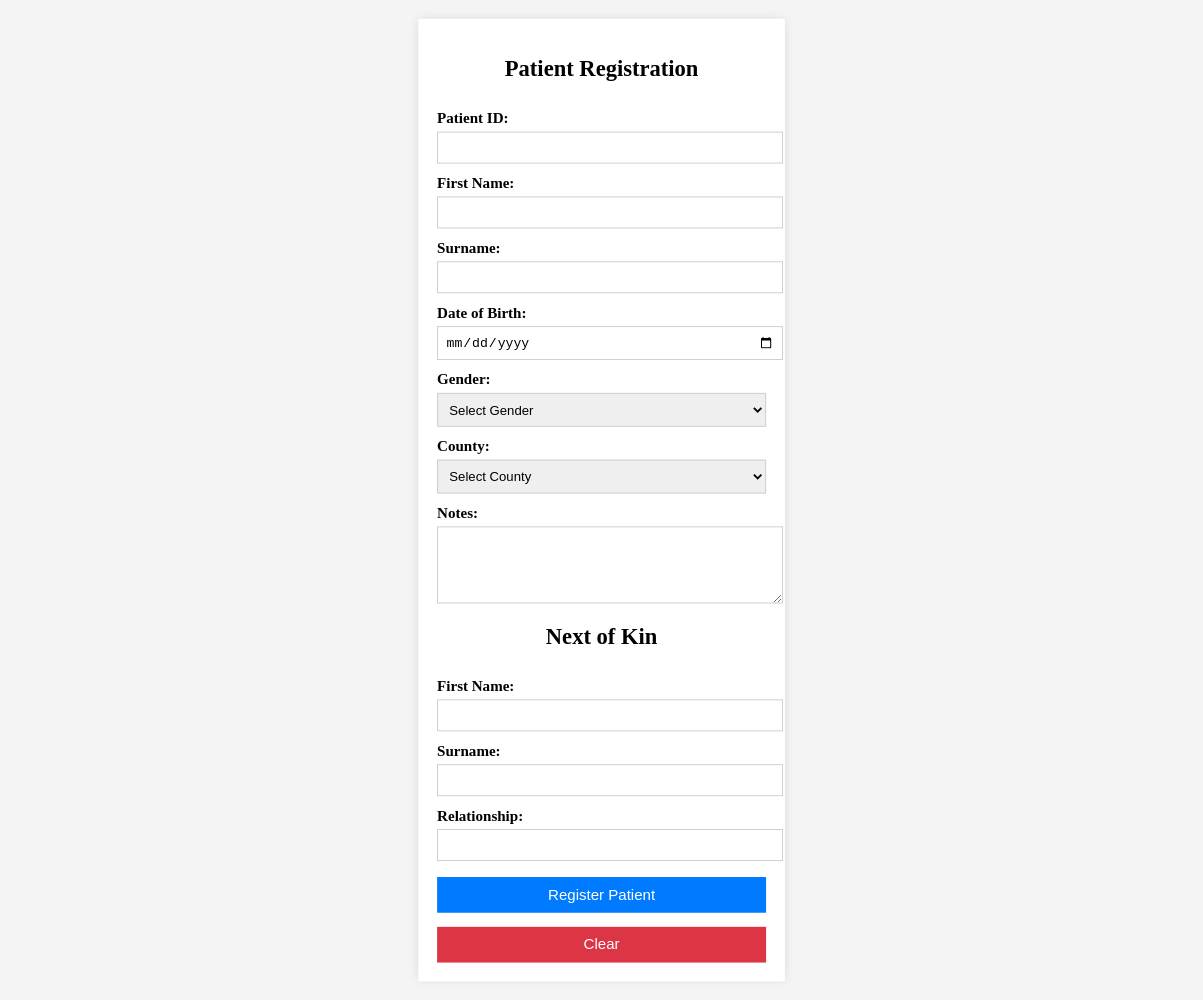
Repository: EphrahimLaanyu123/wsp
Page: Registration.html
An editor plug-in stored every save of this project. The page is shown before and after the next save, followed by the edit.
The browser window is 1280 px wide. The pictures show the whole page, at 94% of full size.

Above is the page before, as saved 2025-03-14 08:34:56.

### Registration.html
<!DOCTYPE html>
<html lang="en">
<head>
    <meta charset="UTF-8">
    <meta name="viewport" content="width=device-width, initial-scale=1.0">
    <title>Patient Registration</title>
    <link rel="stylesheet" href="registration.css">
</head>
<body>

    <section>
        <h1>Patient Registration</h1>
        <form id="registrationForm" action="registration.php" method="post" novalidate>
            <label for="patientId">Patient ID:</label>
            <input type="text" id="patientId" name="patientId" required>
            <span class="error" id="patientIdError"></span>

            <label for="firstName">First Name:</label>
            <input type="text" id="firstName" name="firstName" required>
            <span class="error" id="firstNameError"></span>

            <label for="surname">Surname:</label>
            <input type="text" id="surname" name="surname" required>
            <span class="error" id="surnameError"></span>

            <label for="dateOfBirth">Date of Birth:</label>
            <input type="date" id="dateOfBirth" name="dateOfBirth" required>
            <span class="error" id="dateOfBirthError"></span>

            <label for="gender">Gender:</label>
            <select id="gender" name="gender" required>
                <option value="">Select Gender</option>
                <option value="Male">Male</option>
                <option value="Female">Female</option>
                <option value="Other">Other</option>
            </select>
            <span class="error" id="genderError"></span>

            <label for="county">County:</label>
            <select id="county" name="county" required>
                <option value="">Select County</option>
                <option value="Baringo">Baringo</option>
                <option value="Bomet">Bomet</option>
                <option value="Bungoma">Bungoma</option>
                <option value="Busia">Busia</option>
                <option value="Elgeyo Marakwet">Elgeyo Marakwet</option>
                <option value="Embu">Embu</option>
                <option value="Garissa">Garissa</option>
                <option value="Homa Bay">Homa Bay</option>
                <option value="Isiolo">Isiolo</option>
                <option value="Kajiado">Kajiado</option>
                <option value="Kakamega">Kakamega</option>
                <option value="Kericho">Kericho</option>
                <option value="Kiambu">Kiambu</option>
                <option value="Kilifi">Kilifi</option>
                <option value="Kirinyaga">Kirinyaga</option>
                <option value="Kisii">Kisii</option>
                <option value="Kisumu">Kisumu</option>
                <option value="Kitui">Kitui</option>
                <option value="Kwale">Kwale</option>
                <option value="Laikipia">Laikipia</option>
                <option value="Lamu">Lamu</option>
                <option value="Machakos">Machakos</option>
                <option value="Makueni">Makueni</option>
                <option value="Mandera">Mandera</option>
                <option value="Marsabit">Marsabit</option>
                <option value="Meru">Meru</option>
                <option value="Migori">Migori</option>
                <option value="Mombasa">Mombasa</option>
                <option value="Murang'a">Murang'a</option>
                <option value="Nairobi">Nairobi</option>
                <option value="Nakuru">Nakuru</option>
                <option value="Nandi">Nandi</option>
                <option value="Narok">Narok</option>
                <option value="Nyamira">Nyamira</option>
                <option value="Nyandarua">Nyandarua</option>
                <option value="Nyeri">Nyeri</option>
                <option value="Samburu">Samburu</option>
                <option value="Siaya">Siaya</option>
                <option value="Taita Taveta">Taita Taveta</option>
                <option value="Tana River">Tana River</option>
                <option value="Tharaka Nithi">Tharaka Nithi</option>
                <option value="Trans Nzoia">Trans Nzoia</option>
                <option value="Turkana">Turkana</option>
                <option value="Uasin Gishu">Uasin Gishu</option>
                <option value="Vihiga">Vihiga</option>
                <option value="Wajir">Wajir</option>
                <option value="West Pokot">West Pokot</option>
            </select>

            <span class="error" id="countyError"></span>

            <label for="notes">Notes:</label>
            <textarea id="notes" name="notes" rows="4" cols="50"></textarea>
            <span class="error" id="notesError"></span>

            <h2>Next of Kin</h2>
            <label for="nokFirstName">First Name:</label>
            <input type="text" id="nokFirstName" name="nokFirstName" required>
            <span class="error" id="nokFirstNameError"></span>

            <label for="nokSurname">Surname:</label>
            <input type="text" id="nokSurname" name="nokSurname" required>
            <span class="error" id="nokSurnameError"></span>

            <label for="nokRelationship">Relationship:</label>
            <input type="text" id="nokRelationship" name="nokRelationship" required>
            <span class="error" id="nokRelationshipError"></span>

            <button type="submit">Register Patient</button>
            <button type="button" id="clearForm">Clear</button>
        </form>
    </section>

    <script src="script.js"></script>
    <script>
        const form = document.getElementById('registrationForm');
        const clearFormButton = document.getElementById('clearForm');

        form.addEventListener('submit', function(event) {
            event.preventDefault();
            let isValid = validateForm();
            if (isValid) {
                form.submit();
            }
        });

        clearFormButton.addEventListener('click', function() {
            form.reset();
            document.querySelectorAll('.error').forEach(error => error.textContent = '');
        });

        function validateForm() {
            let isValid = true;
            isValid &= validateField('patientId', 'Patient ID is required');
            isValid &= validateField('firstName', 'First Name is required');
            isValid &= validateField('surname', 'Surname is required');
            isValid &= validateField('dateOfBirth', 'Date of Birth is required');
            isValid &= validateDropdown('gender', 'Gender is required');
            isValid &= validateDropdown('county', 'County is required');
            isValid &= validateField('nokFirstName', 'Next of Kin First Name is required');
            isValid &= validateField('nokSurname', 'Next of Kin Surname is required');
            isValid &= validateField('nokRelationship', 'Next of Kin Relationship is required');
            return isValid;
        }

        function validateField(fieldId, errorMessage) {
            const field = document.getElementById(fieldId);
            const errorSpan = document.getElementById(fieldId + 'Error');
            if (field.value.trim() === '') {
                field.classList.add('invalid');
                errorSpan.textContent = errorMessage;
                return false;
            } else {
                field.classList.remove('invalid');
                errorSpan.textContent = '';
                return true;
            }
        }

        function validateDropdown(fieldId, errorMessage) {
            const field = document.getElementById(fieldId);
            const errorSpan = document.getElementById(fieldId + 'Error');
            if (field.value === '') {
                field.classList.add('invalid');
                errorSpan.textContent = errorMessage;
                return false;
            } else {
                field.classList.remove('invalid');
                errorSpan.textContent = '';
                return true;
            }
        }
    </script>
</body>
</html>

### registration.css


.error {
    color: red;
    font-size: 0.8em;
}

.invalid {
    border: 1px solid red;
}
#registrationForm {
    display: flex;
    flex-direction: column;
}

body {
    background-color: #f4f4f4;
    margin: 0;
    padding: 20px;
    display: flex;
    justify-content: center;
}

section {
    background: white;
    padding: 20px;
    box-shadow: 0px 0px 10px rgba(0, 0, 0, 0.1);
    width: 350px;
}

h1, h2 {
    text-align: center;
}

form {
    display: flex;
    flex-direction: column;
}

label {
    font-weight: bold;
    margin-top: 10px;
}

input, select, textarea {
    width: 100%;
    padding: 8px;
    margin-top: 5px;
    border: 1px solid #ccc;
    font-size: 14px;
}

input.invalid, select.invalid {
    border-color: red;
}

.error {
    color: red;
    font-size: 12px;
    margin-top: 2px;
}

button {
    margin-top: 15px;
    padding: 10px;
    border: none;
    background: #007bff;
    color: white;
    font-size: 16px;
    cursor: pointer;
}

button:hover {
    background: #0056b3;
}

button#clearForm {
    background: #dc3545;
}

button#clearForm:hover {
    background: #b52b3a;
}

Loaded but not shown: script.js (no stored copy; drawn as an empty file)

After the next save:
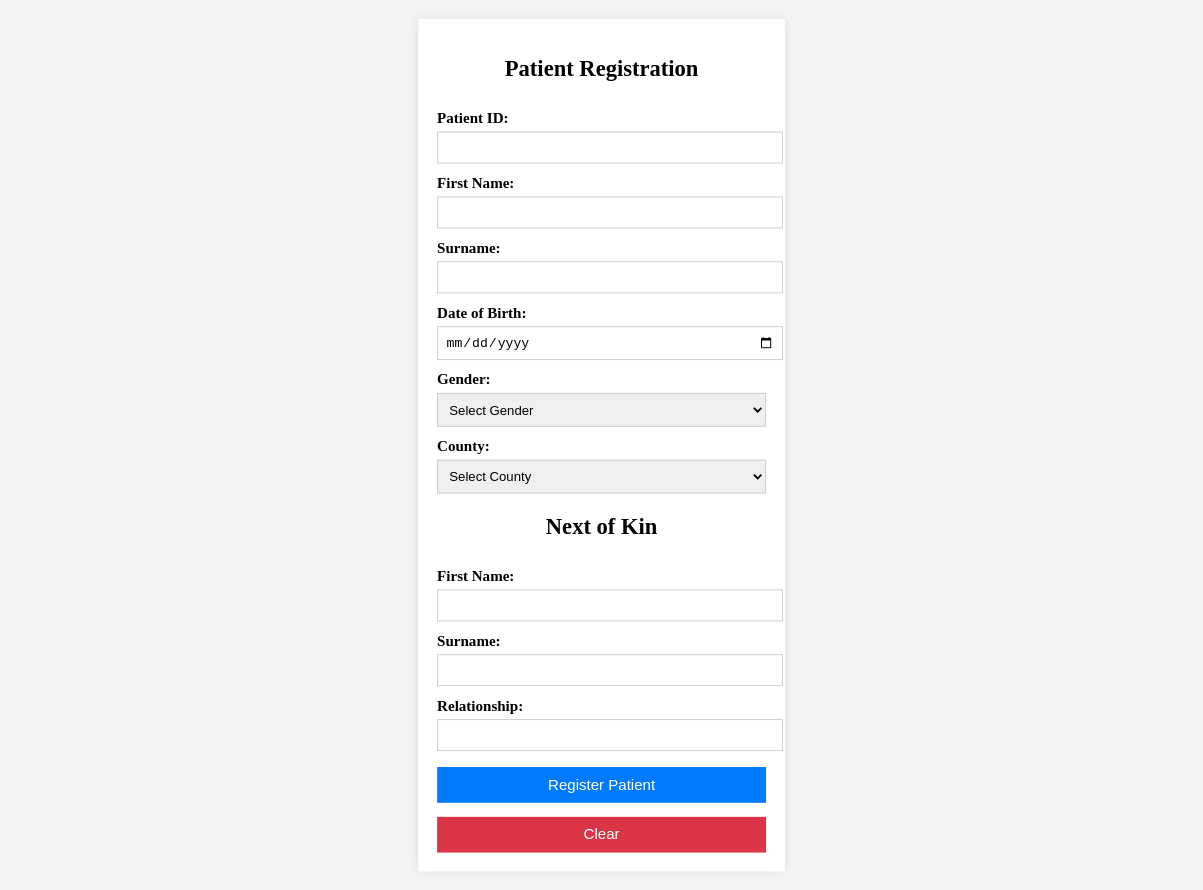
Saved 33 s later.
--- a/Registration.html
+++ b/Registration.html
@@ -90,9 +90,6 @@
 
             <span class="error" id="countyError"></span>
 
-            <label for="notes">Notes:</label>
-            <textarea id="notes" name="notes" rows="4" cols="50"></textarea>
-            <span class="error" id="notesError"></span>
 
             <h2>Next of Kin</h2>
             <label for="nokFirstName">First Name:</label>
